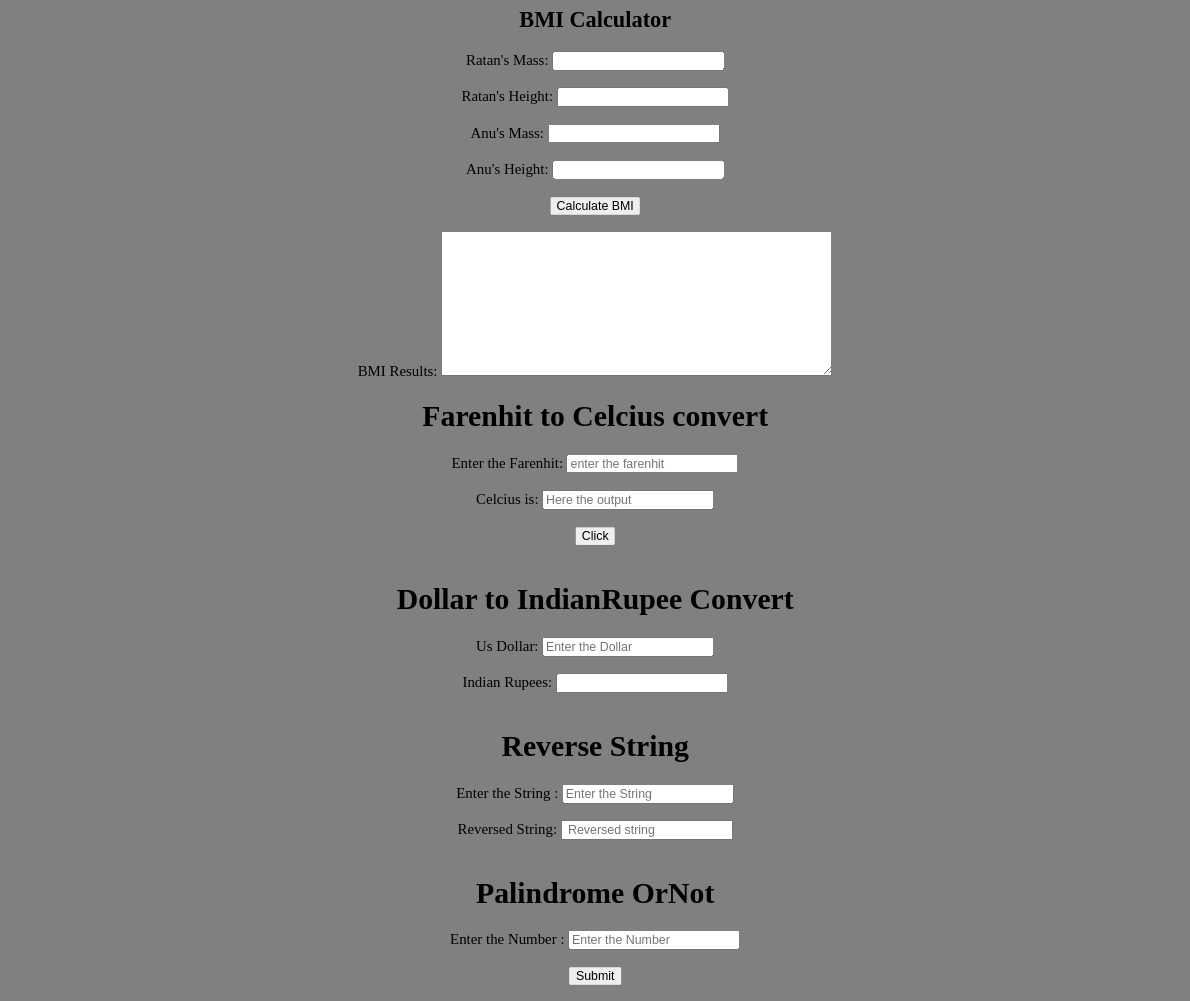
Repository: thatipallyvinod/AdvanceJava
Page: JAVASCRIPT/src/main/webapp/jsp.html
The author's editor kept a copy of each file at every save. The page is drawn from the files as they stood at one save, then again after the next save.
The browser window is 1280 px wide. The pictures show the whole page, at 93% of full size.

Above is the page before, as saved 2024-03-25 08:24:58.

After the next save:
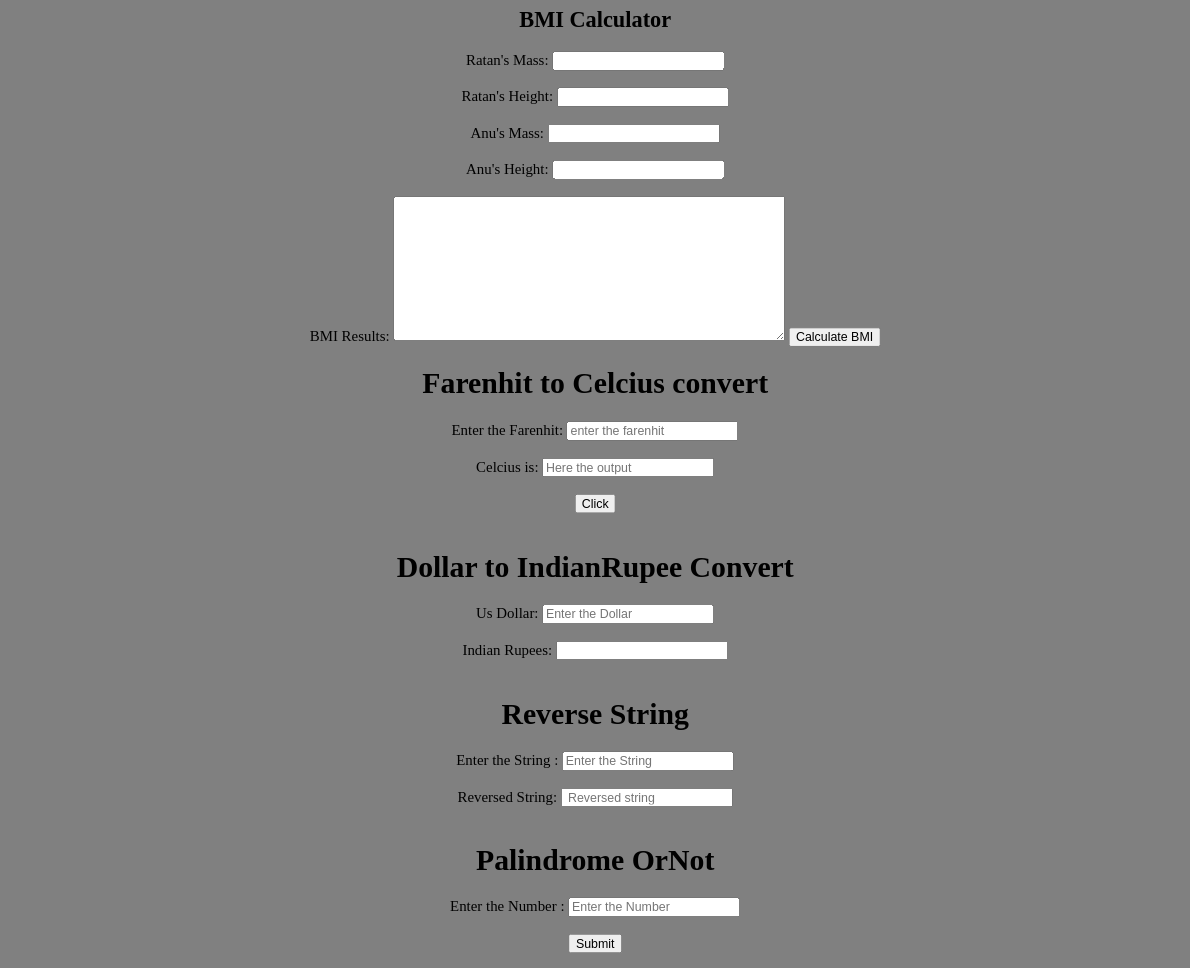
Saved 38 s later.
--- a/JAVASCRIPT/src/main/webapp/jsp.html
+++ b/JAVASCRIPT/src/main/webapp/jsp.html
@@ -18,11 +18,9 @@
     <label for="anuHeight">Anu's Height:</label>
     <input type="number" id="anuHeight" name="anuHeight"><br><br>
 
-    <button type="button" onclick="calculateBMI()">Calculate BMI</button>
-</form>
-
 <label for="bmiResults">BMI Results:</label>
 <textarea id="bmiResults" rows="10" cols="50" readonly></textarea>
+ <button type="button" onclick="calculateBMI()">Calculate BMI</button>
 </form>
 </body>
 </html>
